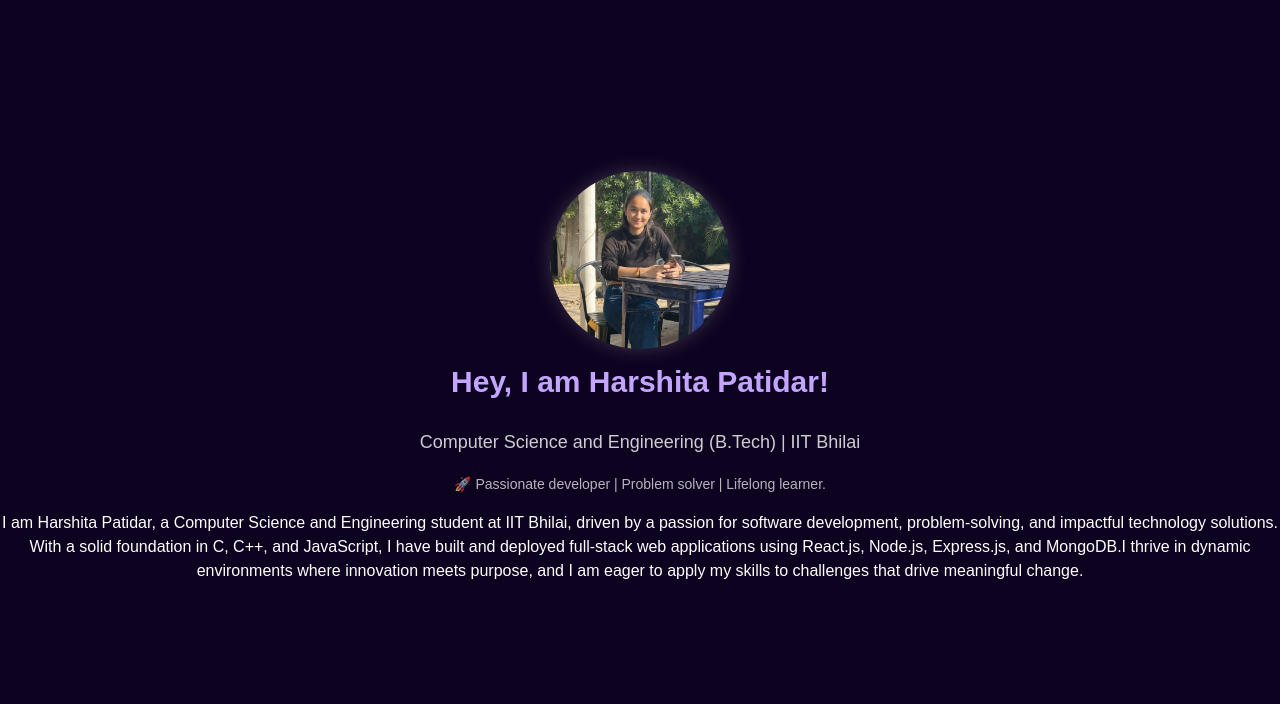
Repository: harshitap1305/Portfolio
Page: /
These files come from the project's save history. The page is drawn as it stood at one moment and after the next save; the edit follows.
The browser window is 1280 px wide. The pictures show the whole page.
The project was rebuilt for these pictures with package versions that can differ from the ones it lists, and the page was loaded fresh each time. Also part of the build but not shown: vite.config.js.

Above is the page before, as saved 2025-03-27 17:21:13.

After the next save:
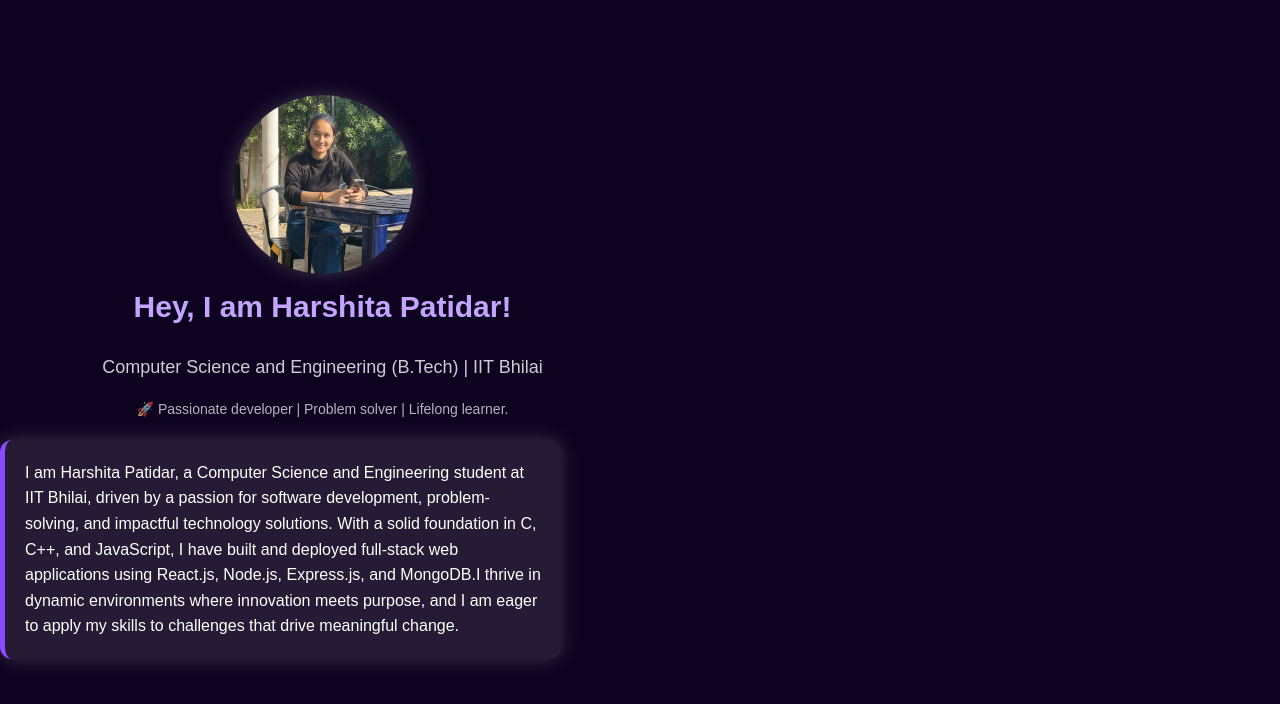
Saved 119 s later.
--- a/src/App.css
+++ b/src/App.css
@@ -37,3 +37,24 @@ body {
   margin-top: 5px;
   opacity: 0.7;
 }
+/* Intro Box */
+.intro {
+  background: rgba(255, 255, 255, 0.1); /* Semi-transparent */
+  padding: 20px;
+  border-radius: 12px;
+  width: 80%;
+  max-width: 600px;
+  box-shadow: 0px 0px 20px rgba(255, 255, 255, 0.2);
+  backdrop-filter: blur(10px);
+  text-align: left;
+  font-size: 16px;
+  line-height: 1.6;
+  margin-top: 20px;
+  border-left: 5px solid #8a4bff; /* Highlighted left border */
+}
+
+/* Highlighted words */
+.intro span {
+  color: #8a4bff;
+  font-weight: bold;
+}

After the save that followed:
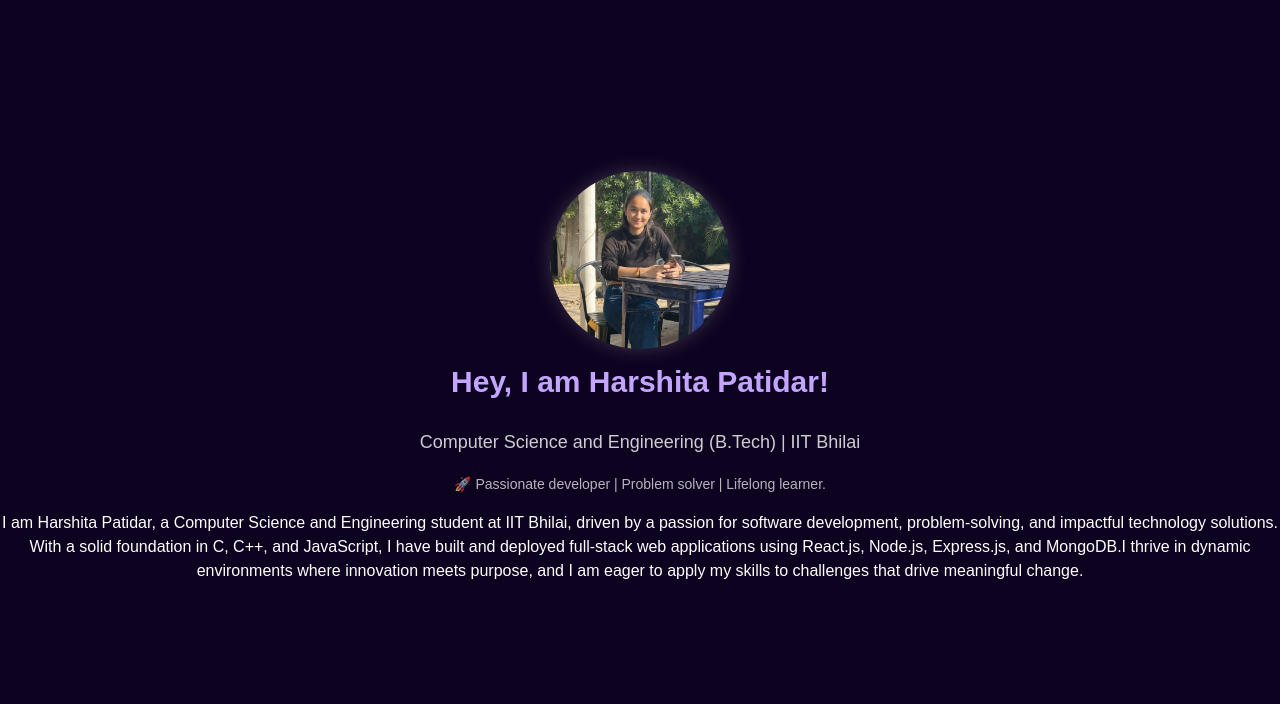
Saved 108 s later.
--- a/src/App.css
+++ b/src/App.css
@@ -38,7 +38,7 @@ body {
   opacity: 0.7;
 }
 /* Intro Box */
-.intro {
+.tro {
   background: rgba(255, 255, 255, 0.1); /* Semi-transparent */
   padding: 20px;
   border-radius: 12px;
